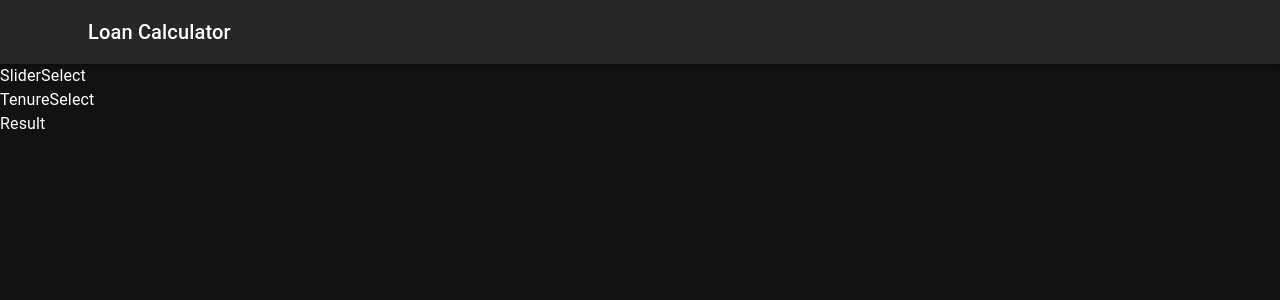
Repository: MikeeBuilds/mortgage-calculator
Page: /
The author's editor kept a copy of each file at every save. The page is drawn from the files as they stood at one save, then again after the next save.
The browser window is 1280 px wide. The pictures show the whole page.
The project was rebuilt for these pictures with package versions that can differ from the ones it lists, and the page was loaded fresh each time.

Above is the page before, as saved 2023-04-03 17:07:20.

### src/index.js
import React from 'react';
import ReactDOM from 'react-dom/client';
import  CssBaseline  from '@mui/material/CssBaseline';
import { ThemeProvider, createTheme } from '@mui/material/styles';
import App from './App';
import reportWebVitals from './reportWebVitals';
import { theme } from './theme';

const root = ReactDOM.createRoot(document.getElementById('root'));
root.render(
  <React.StrictMode>
    <ThemeProvider theme={theme}>
      <CssBaseline />
    <App />
    </ThemeProvider>
  </React.StrictMode>
);

// If you want to start measuring performance in your app, pass a function
// to log results (for example: reportWebVitals(console.log))
// or send to an analytics endpoint. Learn more: https://bit.ly/CRA-vitals
reportWebVitals();

### src/App.js
import Navbar from "./components/Navbar";
import Result from "./components/Result";
import SliderSelect from "./components/SliderSelect";
import TenureSelect from "./components/TenureSelect";


function App() {
  return (
    <div className="App">
      <Navbar />
      <SliderSelect />
      <TenureSelect />
      <Result />
    </div>
  );
}

export default App;

### src/theme.js
import {  createTheme } from "@mui/material/styles";

export const theme = createTheme({
    palette: {
        mode: "dark",
    },
    typography: {
        h1: {

        },
    },
});

### src/components/Navbar.js
import React from 'react'
import AppBar from '@mui/material/AppBar'
import ToolBar from '@mui/material/Toolbar'
import Typography from '@mui/material/Typography'
import Container from '@mui/material/Container'

const Navbar = () => {
  return (
    <AppBar position="static">
      <Container>
        <ToolBar>
            <Typography variant="h6" component="div" sx={{ flexGrow: 1 }}>
                Loan Calculator
            </Typography>
        </ToolBar>
      </Container>
    </AppBar>
  )
}

export default Navbar

### src/components/SliderSelect.js
import React from 'react'

const SliderSelect = () => {
  return (
    <div>SliderSelect</div>
  )
}

export default SliderSelect

### src/components/TenureSelect.js
import React from 'react'

const TenureSelect = () => {
  return (
    <div>TenureSelect</div>
  )
}

export default TenureSelect

Loaded but not shown: public/index.html (common file); src/reportWebVitals.js (common file); src/components/Result.js (common file)

After the next save:
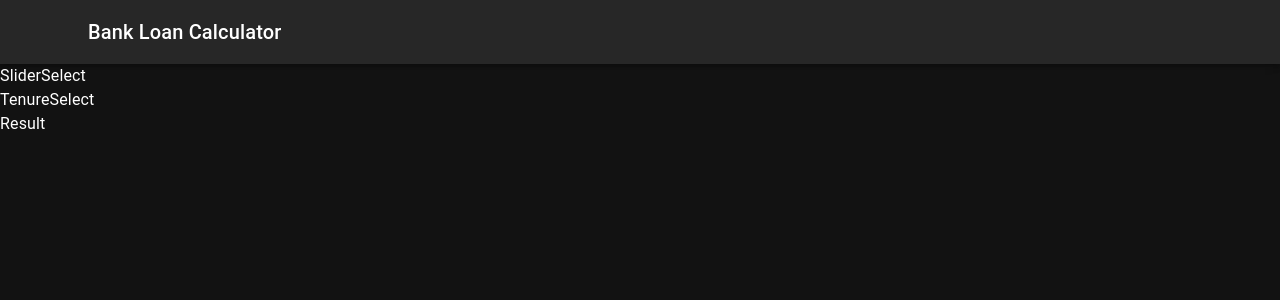
Saved 9 s later.
--- a/src/components/Navbar.js
+++ b/src/components/Navbar.js
@@ -10,7 +10,7 @@ const Navbar = () => {
       <Container>
         <ToolBar>
             <Typography variant="h6" component="div" sx={{ flexGrow: 1 }}>
-                Loan Calculator
+                Bank Loan Calculator
             </Typography>
         </ToolBar>
       </Container>
